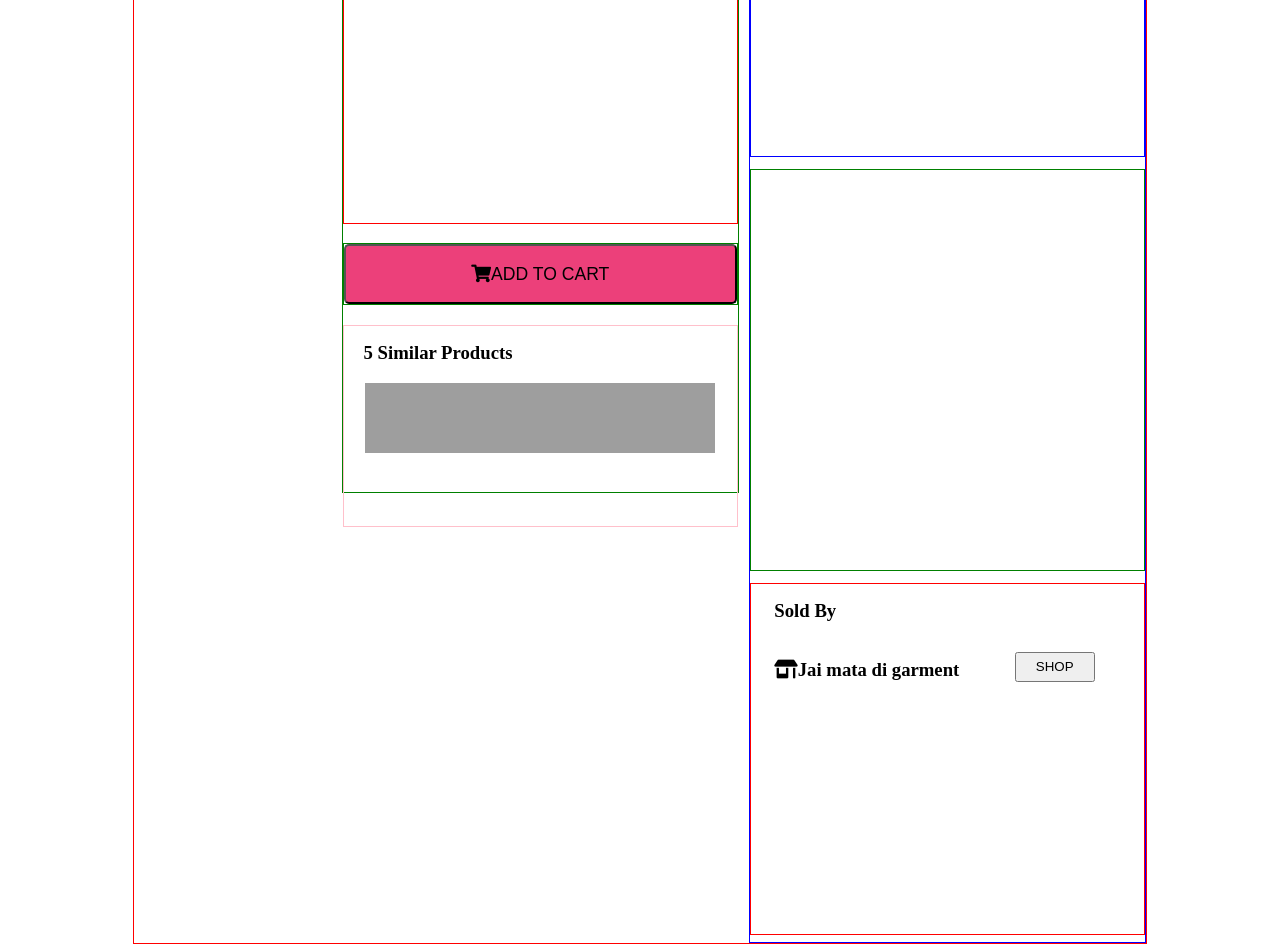
Repository: deepakxxxx/meesho
Page: catelog.html
An editor plug-in stored every save of this project. The page is shown before and after the next save, followed by the edit.
The browser window is 1280 px wide. The pictures show the part of the page from y = 419 to 1371 px (the page is 1371 px tall).
Pictures or frames that could not be fetched are drawn as grey boxes. A picture or video elsewhere on the page could not be fetched, so the positions and the page height are approximate.

Above is the page before, as saved 2021-11-06 17:46:07.

After the next save:
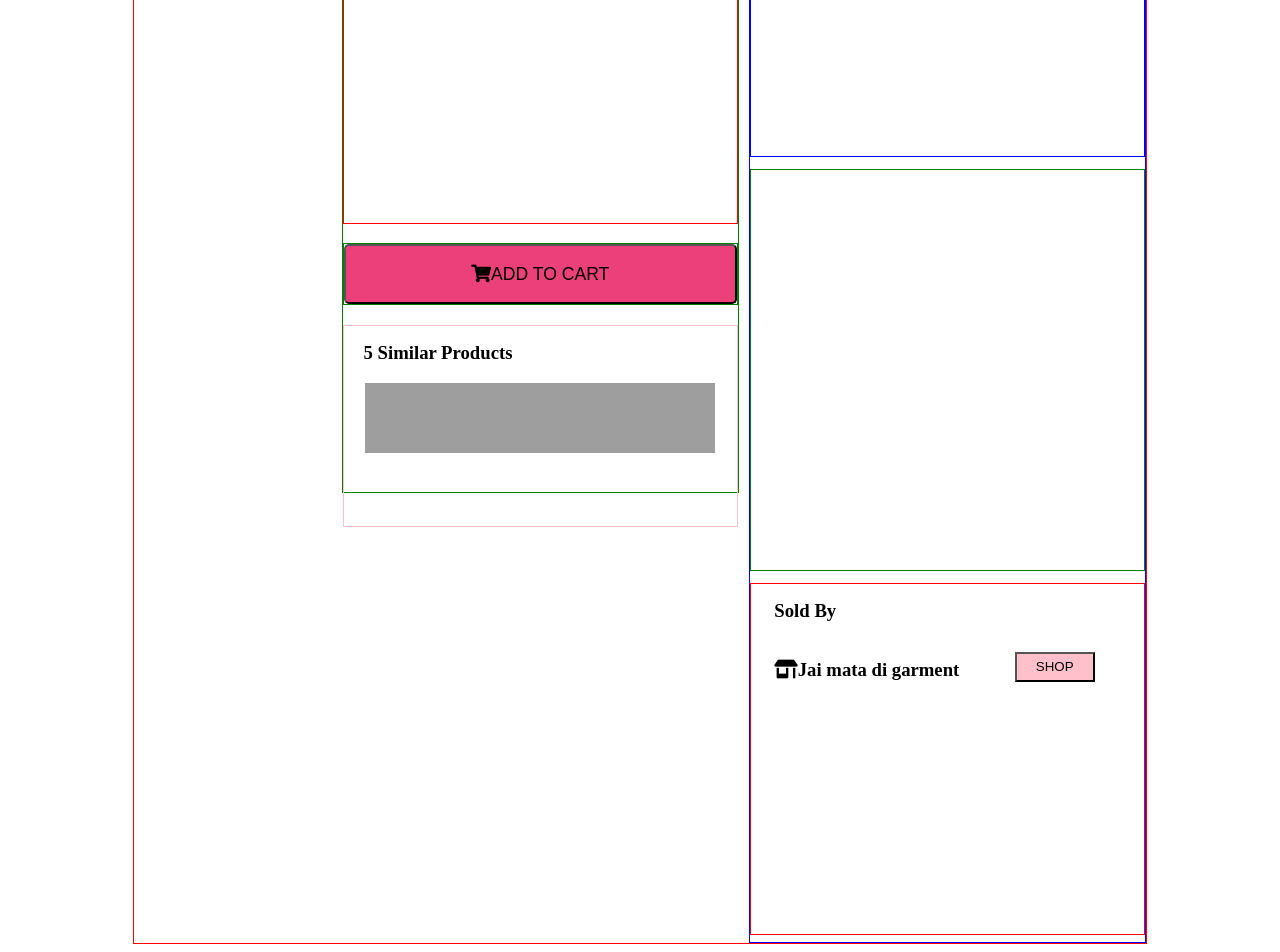
Saved 4 s later.
--- a/catelog.html
+++ b/catelog.html
@@ -225,7 +225,7 @@
         width: 80px;
         height: 30px;
         margin-top: 3%;
-        back
+        background-color: pink;
     }
 </style>
 <body>
